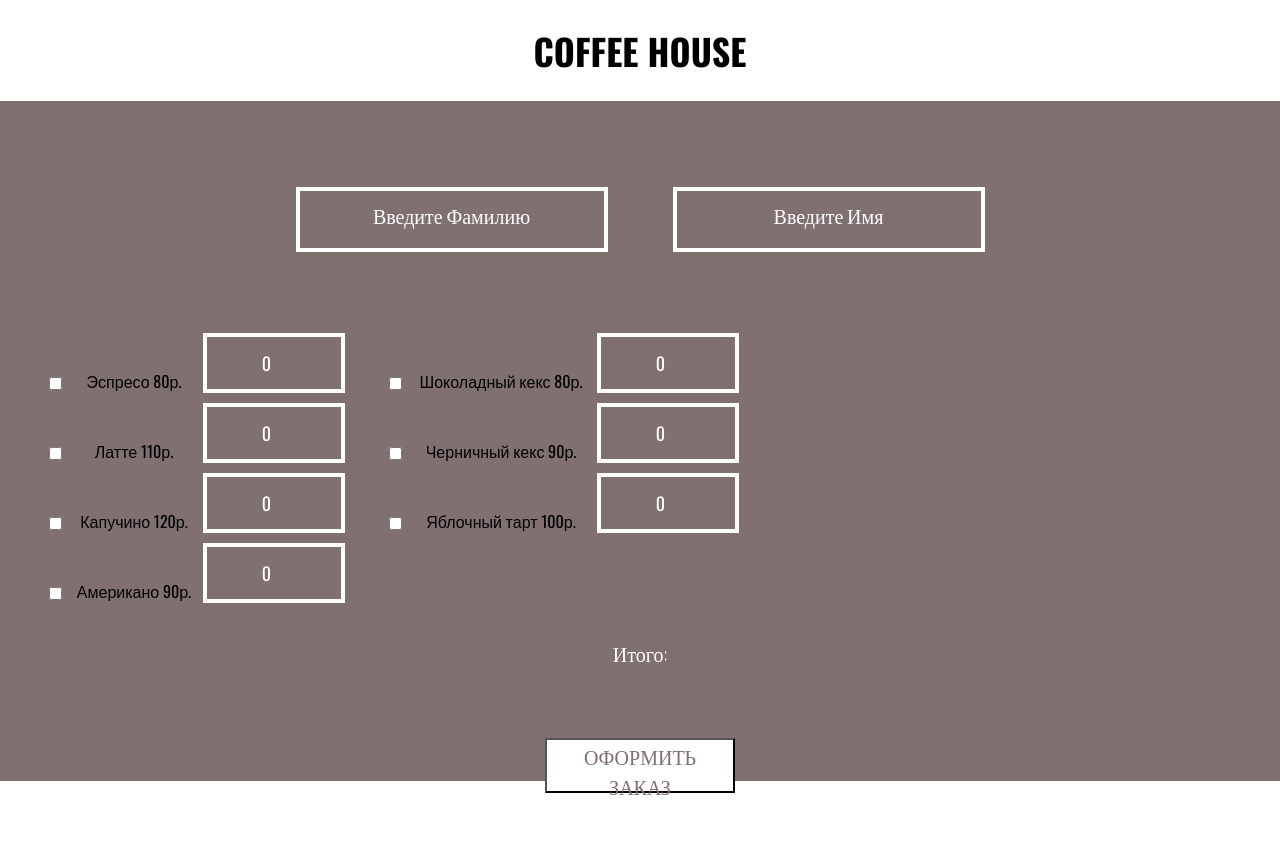
Repository: Valera1994/WebTestProject
Page: New2/index.html
The author's editor kept a copy of each file at every save. The page is drawn from the files as they stood at one save, then again after the next save.
The browser window is 1280 px wide. The pictures show the whole page.

Above is the page before, as saved 2025-07-20 22:49:21.

After the next save:
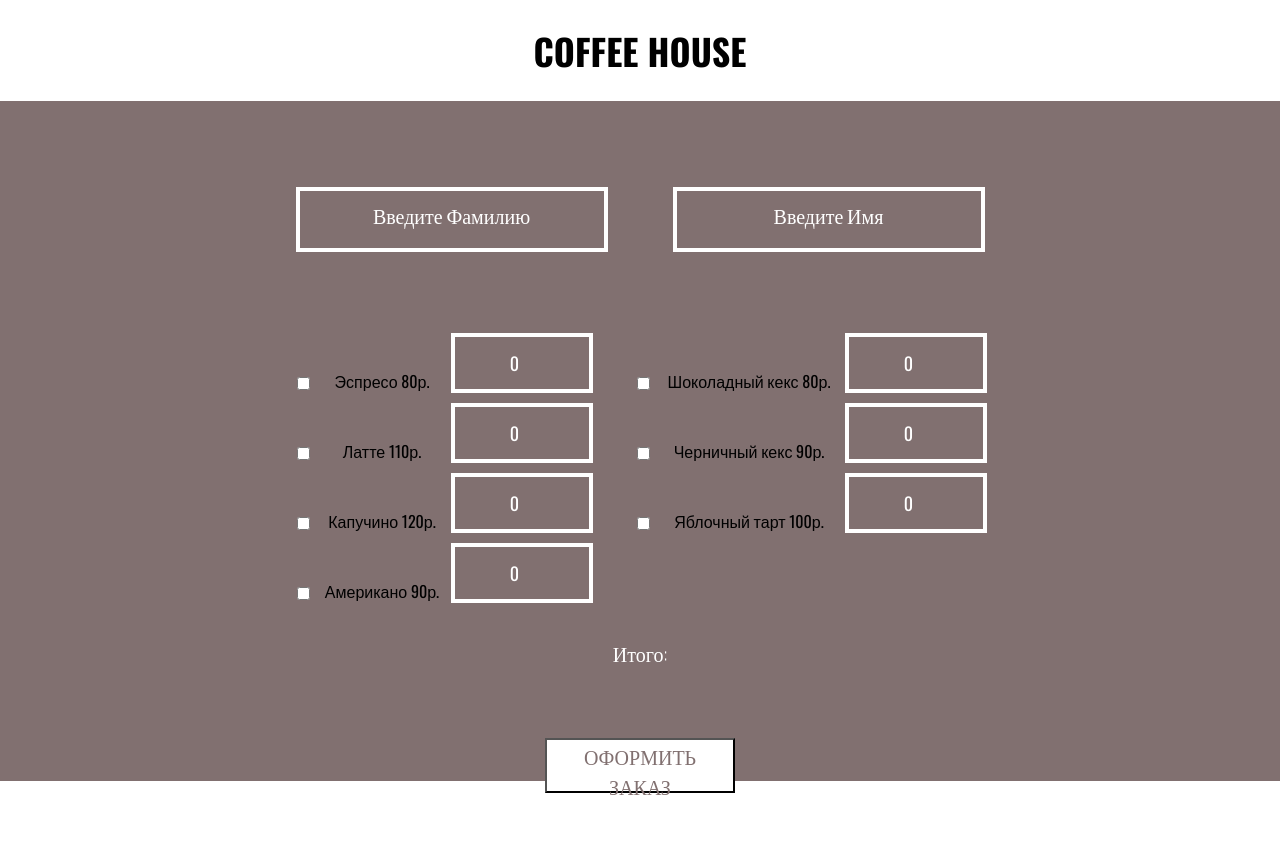
Saved 81 s later.
--- a/New2/style.css
+++ b/New2/style.css
@@ -56,8 +56,11 @@ body{
 }
 
 .container{
+    display: flex;
+    justify-content: center; /* Добавлено для центрирования */
     height: 271px;
     width: 100%;
+    padding-bottom: 17px;
 }
 
 .menu-columns {
@@ -65,6 +68,7 @@ body{
     justify-content: center;
     width: 784px;
     gap: 40px;
+    margin: 0 auto;
 }
 
 .menu-column {
